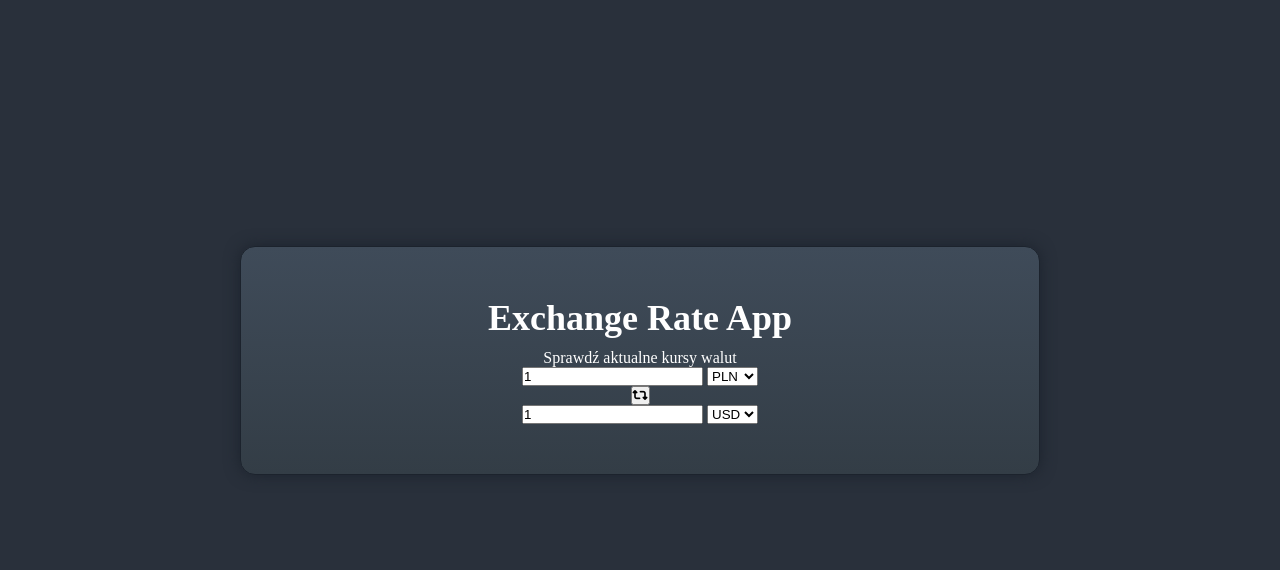
Repository: KrzysKolo/Projekt-6_Kantor
Page: index.html
The author's editor kept a copy of each file at every save. The page is drawn from the files as they stood at one save, then again after the next save.
The browser window is 1280 px wide. The pictures show the whole page.
Some web fonts or font styles are not loaded; a fallback is used. Some web libraries are served in a nearby version.

Above is the page before, as saved 2020-07-12 06:01:20.

### index.html
<!DOCTYPE html>
<html lang="en">
  <head>
    <meta charset="UTF-8" />
    <meta name="viewport" content="width=device-width, initial-scale=1.0" />
    <title>Kantor</title>
    <link
      href="https://fonts.googleapis.com/css2?family=Niconne&family=Vibes&display=swap"
      rel="stylesheet"
    />
    <script
      src="https://kit.fontawesome.com/327a0d490c.js"
      crossorigin="anonymous"
    ></script>

    <link rel="stylesheet" href="./css/style.css" />
  </head>
  <body>
    <div class="wrapper">
      <h1>Exchange Rate App</h1>
      <p>Sprawdź aktualne kursy walut</p>
      <div class="app-body">
        <div class="section-left">
          <input type="number" class="amount-one" value="1" />
          <select name="currency-one">
            <option value="PLN" selected>PLN</option>
            <option value="USD">USD</option>
            <option value="GBP">GBP</option>
            <option value="EUR">EUR</option>
            <option value="CHF">CHF</option>
            <option value="JPY">JPY</option>
          </select>
        </div>
        <button class="swap">
          <i class="fas fa-retweet"></i>
        </button>
        <div class="section-right">
          <input type="number" class="amount-two" value="1" />
          <select name="currency-two">
            <option value="PLN">PLN</option>
            <option value="USD" selected>USD</option>
            <option value="GBP">GBP</option>
            <option value="EUR">EUR</option>
            <option value="CHF">CHF</option>
            <option value="JPY">JPY</option>
          </select>
        </div>
      </div>
      <p class="rate-info"></p>
    </div>
    <script src="./js/index.js"></script>
  </body>
</html>

### css/style.css
* {
  box-sizing: border-box;
  margin: 0;
  padding: 0;
}
body {
  display: flex;
  justify-content: center;
  align-items: center;
  height: 100vh;

  background-color: #29303b;
}
.wrapper {
  padding: 50px;
  width: 800px;
  background-image: linear-gradient(#3f4b59, #333d46);
  color: #fff;
  text-align: center;
  border: 1px solid #1c232d;
  border-radius: 15px;
  box-shadow: 0 0 15px #1c232d;
}
.wrapper h1 {
  margin-bottom: 10px;
  font-size: 36px;
  font-family: "Niconne", cursive;
}
.wtapper p {
  margin-bottom: 50px;
  font-size: 26px;
  font-family: "Vibes", cursive;
}

Loaded but not shown: js/index.js (no copy from this time; the picture is the same without it)

After the next save:
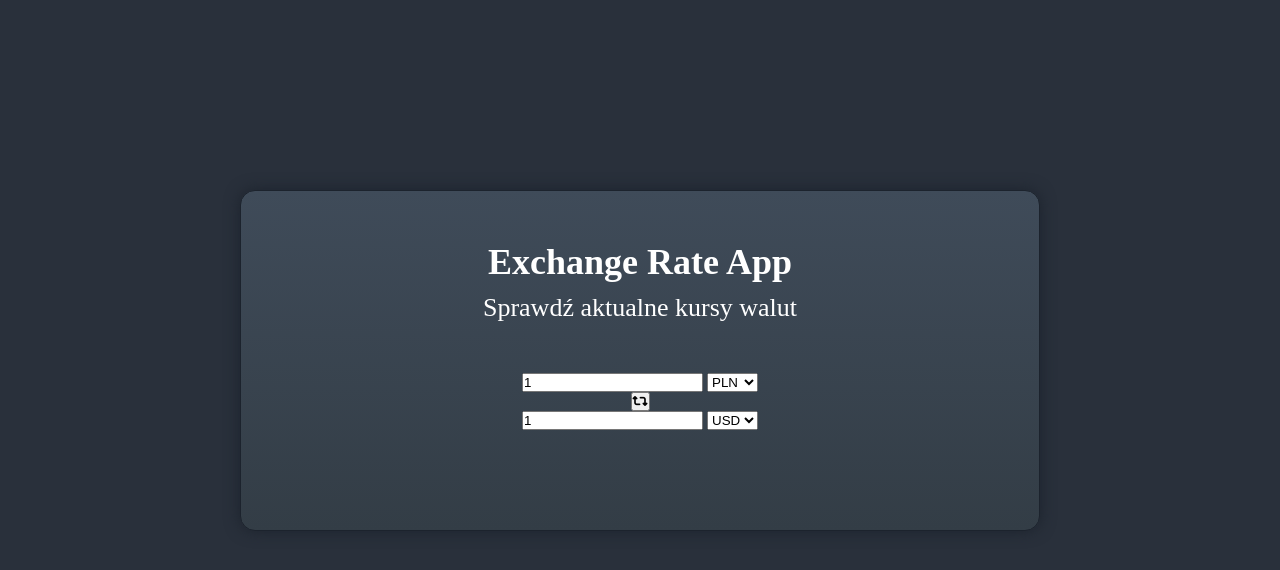
Saved 53 s later.
--- a/css/style.css
+++ b/css/style.css
@@ -26,7 +26,7 @@ body {
   font-size: 36px;
   font-family: "Niconne", cursive;
 }
-.wtapper p {
+.wrapper p {
   margin-bottom: 50px;
   font-size: 26px;
   font-family: "Vibes", cursive;
